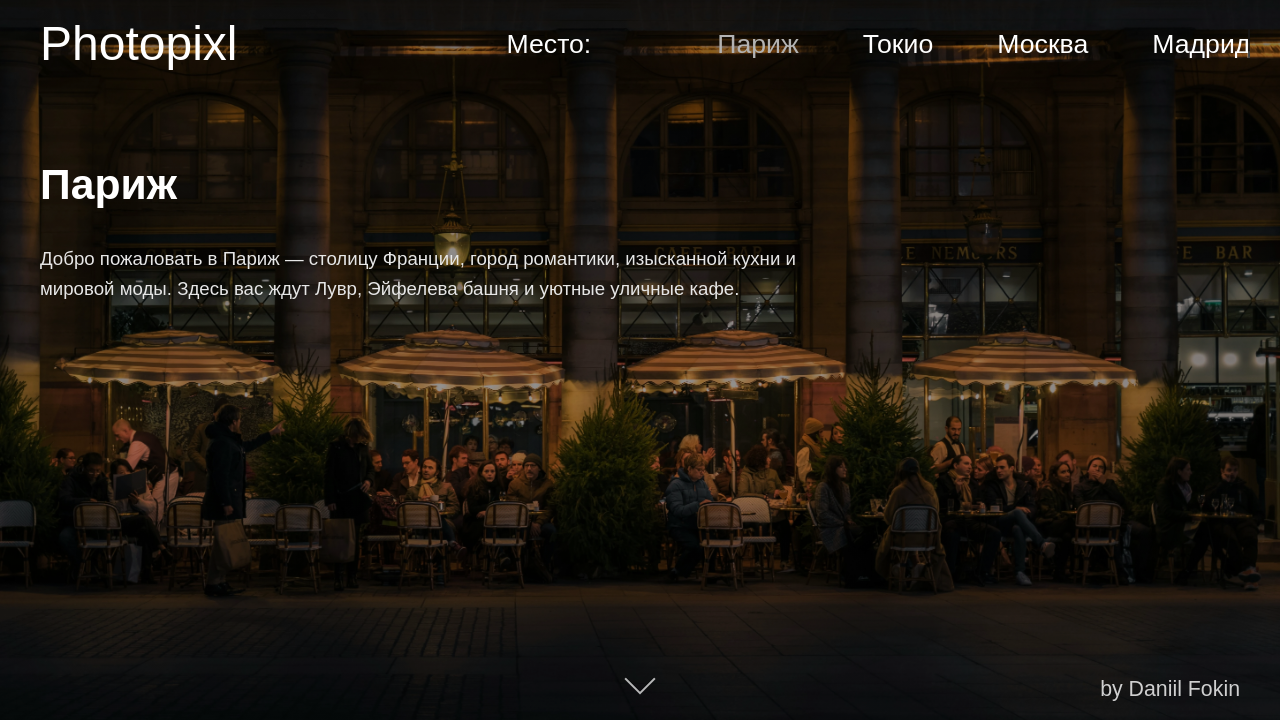
Repository: git-daniil/place-site
Page: index.html
An editor plug-in stored every save of this project. The page is shown before and after the next save, followed by the edit.
The browser window is 1280 px wide. The pictures show the whole page.
Some web fonts or font styles are not loaded; a fallback is used.

Above is the page before, as saved 2026-05-21 15:35:01.

After the next save:
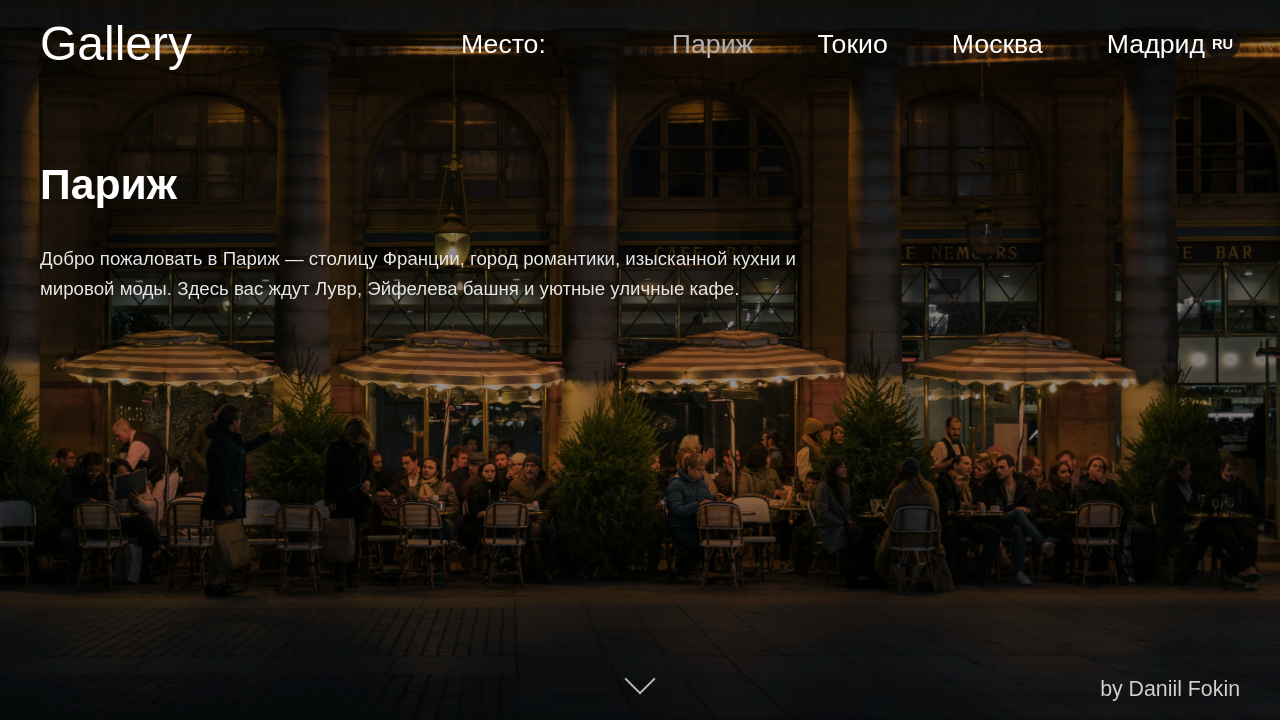
Saved 64 s later.
--- a/index.html
+++ b/index.html
@@ -21,7 +21,7 @@
 
     <div class="page-wrapper">
         <nav class="navbar">
-            <a href="index.html" class="logo">Photopixl</a>
+            <a href="index.html" class="logo">Gallery</a>
             <div class="place-label" data-lang="place">Место:</div>
             <div class="nav-links">
                 <a href="index.html" class="city-link active" data-lang="paris">Париж</a>
